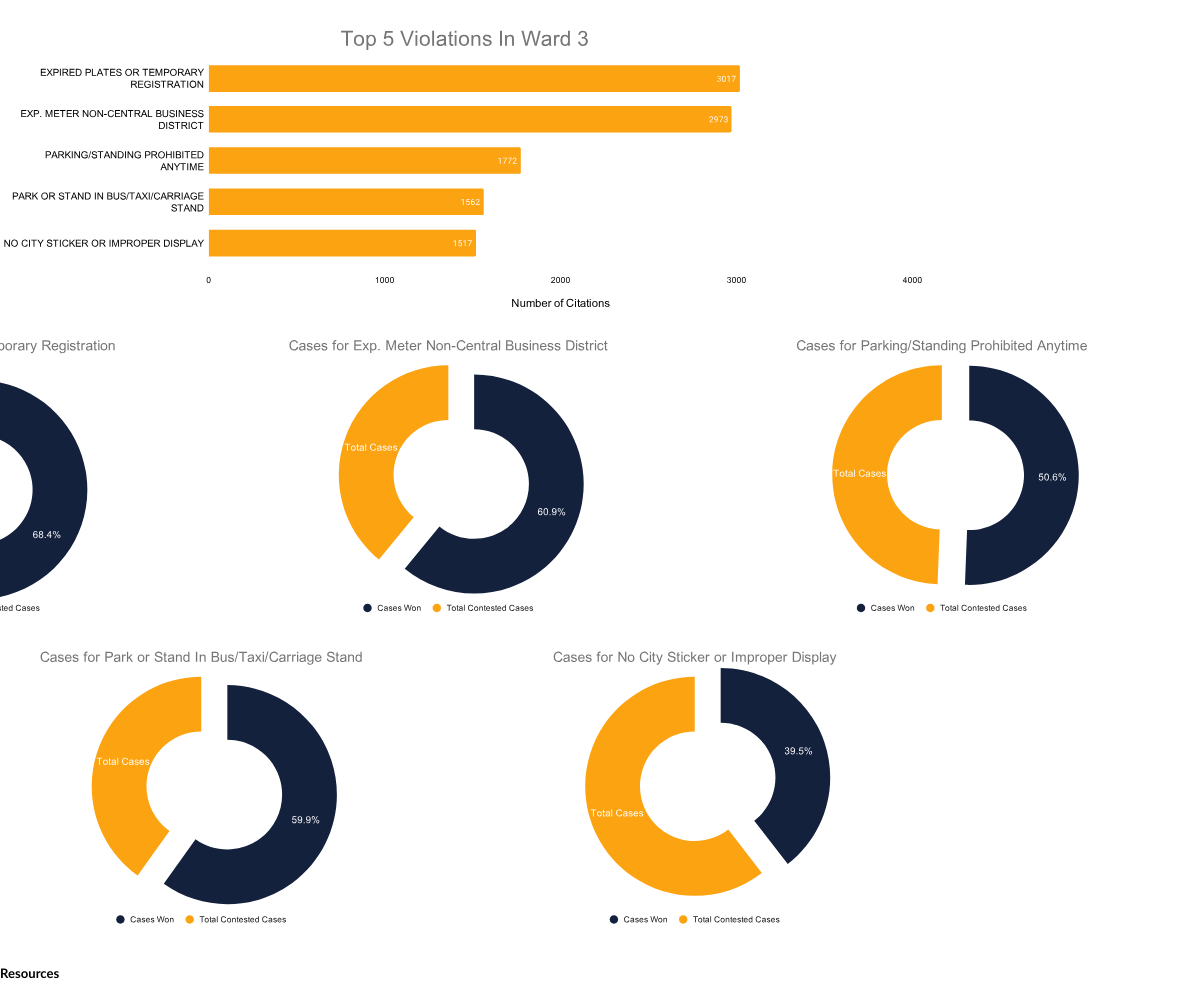
Repository: rdass1/COM421-FinalProject
Page: Website/index.html
An editor plug-in stored every save of this project. The page is shown before and after the next save, followed by the edit.
The browser window is 1280 px wide. The page is 1698 px wide, so the pictures cover 1698 px, including what lies to the right of the window. The pictures show the part of the page from y = 1505 to 2945 px (the page is 2926 px tall before and 2945 px after), at 70% of full size.

Above is the page before, as saved 2021-05-12 05:13:06.
Console error: TypeError: Cannot read properties of undefined (reading 'style')

### Website/index.html
<!DOCTYPE html>
<html>
    <head>
        <meta charset="UTF-8">
        <meta name="description" content="Take It To the Streets is a non-profit organization that helps people find information on how to fight their tickets. ">
        <meta name="author" content="Group 2">
        <meta name="viewport" content="width=device-width, initial-scale=1.0">
        <link rel="stylesheet" type="text/css" href="css/index.css">
        <script src="javascript/index.js"></script>
        <title>Take It To The Streets</title>
    </head>
    <body class = "container">
        <div class="header">
            <div id = "navbar">
                <nav>
                    <ul>
                        <li><a href="#about">About</a></li>
                        <li><a href="#statistics">Statistics</a></li>
                        <li><a href="#resources">Resources</a></li>
                        <li><a href="#contact">Contact</a></li>
                    </ul>

                </nav>
            </div>
        </div>
        <div id="home" class="home-image">
            <div id="title">
                <h1>Stand Your Ground</h1>
                <h2>Learn how you can fight back</h2>
            </div>

        </div>
        <div id="about">
            <h3>About</h3>
            <p>Have you ever received a ticket and we're unable pay the ticket? Did you know that you can contest all tickets you receive in court! This may seem like a very challenging task, but <em>Take It To The Streets</em> is here to help! We'll take you through the step by step process in order to fight for your ticket. We're on your side and will make sure you get the best possible outcome you can. Still not convinced? Check out the statistics in your area(ward 3). </p>
        </div>
        <div id="statistics" class="statistics-container">
            <div id="statistics-container-item-header"><h3>Statistics</h3></div>
            <div id="statistics-container-item-1">
                <img src="images/Cases Contested Vs Total Cases.svg">
            </div>
            <div id="statistics-container-item-2">
                <img src="images/Cases Won Vs Total Contested Cases.svg">
            </div>
            <div id="statistics-container-item-3">
                <img src="images/Top 5 Violations In Ward 3.svg">
            </div>

            <div id="statistics-container-item-4">
                <div class="statistics-container-item-4-flex">
                    <div class ="statistics-container-item-4-flex-container">
                        <img src="images/Cases for Expired Plates or Temporary Registration.svg">
                    </div>
                    <div class ="statistics-container-item-4-flex-container">
                        <img src="images/Cases for Exp. Meter Non-Central Business District.svg">
                    </div>
                    <div class ="statistics-container-item-4-flex-container">
                        <img src="images/Cases for Parking_Standing Prohibited Anytime.svg">
                    </div>

                </div>

            </div>
            <div id="statistics-container-item-5">
                <div class="statistics-container-item-4-flex">
                    <div class ="statistics-container-item-5-flex-container">
                        <img src="images/Cases for Park or Stand In Bus_Taxi_Carriage Stand.svg">
                    </div>
                    <div class ="statistics-container-item-5-flex-container">
                        <img src="images/Cases for No City Sticker or Improper Display.svg">
                    </div>

                </div>

            </div>
        </div>
        <div>
            <h3>Resources</h3>
        </div>
    </body>
</html>

### Website/css/index.css
html{
    scroll-behavior: smooth;
    font-family: 'Gill Sans', 'Gill Sans MT', Calibri, 'Trebuchet MS', sans-serif;
}

.container{
    margin:0px;
    display:grid;
    grid-template-columns: 1fr;
}

.header{
    background-color: #fca311;
    width: 100%;
    display: flex;
    justify-content: flex-start;
    margin: 0px;
    padding: 0px;
    z-index: 100;
}

#navbar nav{
    display: flex;


}

#navbar ul{
    height:inherit;
    margin: 0px;
    padding: 0px;
    overflow: hidden;
    list-style: none;
}

#navbar li{
    margin: 0px;
    font-size: 1.5rem;
    float:left;

}

#navbar a{
    display: block;
    color: white;
    text-decoration: none;
    padding: 20px 20px 20px 20px;
}

#navbar li:hover{
    background-color: #cf323f;
}


.home-image{
    display: grid;
    width:100%;
    height:60vh;
    background-image: url("/Website//images/pic5.png");
    background-repeat: no-repeat;
    background-size: cover;
    background-position: 0% 100%;

    grid-template-columns: auto;
    grid-template-rows: auto;
    grid-template-areas:
    ". . . . . . ."
    ". . header . . . ."
    ". . . . . . ."
    ". . . . . . ."


    ;

}


#title{
    grid-area: header;
}

#title h1{
    font-size: 8rem;
    color:white;
    margin: 0px;
    padding: 0px;
    text-shadow: 2px 2px 15px #2e2e2e;
}

.home-image h2{
    margin: 0px;
    padding: 0px;
    font-size: 3rem;
    color:white;
    text-shadow: 2px 2px 15px #2e2e2e;
}





.home-image img{
    width: 100%;
    height: 60%;
    object-fit: cover;
    object-position: 0px 100%;
    z-index: 10;
}



#about h3{
    text-align: center;
    font-size: 3rem;
    margin-bottom:15px;
}

#about p{
    text-align: center;
    margin-top:0px;
    margin-left:60px;
    margin-right:60px;
    font-size: 2rem;
}

.statistics-container{
    margin:10px;
    display: grid;
    grid-template-rows: 0fr 1/3fr 1/3fr 1/3fr 1/3fr;
    grid-template-columns: 1fr 1fr;
    justify-content: center;
    justify-items: center;


}

.statistics-container-item{
    background-color:#cf323f;


}

.statistics-container-item img{
    width: 100%;
    height: 100%;
}

#statistics-container-item-header{
    grid-column: 1 / span 2;
    grid-row: 1 / 1;
    font-size: 3rem;
    text-align: center;



}

#statistics-container-item-1{
    grid-column: 1 / span 1;
    grid-row: 2/ 2;
}
#statistics-container-item-2{
    grid-column: 2 / span 2;
    grid-row: 2/ 2;
}
#statistics-container-item-3{
    grid-column: 1 / span 2;
    grid-row: 3/ 3;
}

#statistics-container-item-4{
    grid-column: 1 / span 2;
    grid-row: 4/ 4;
}
#statistics-container-item-5{
    grid-column: 1 / span 2;
    grid-row: 5/ 5;
}

.statistics-container-item-4-flex{
    display: flex;
    justify-content: center;
    justify-items: center;

}
.statistics-container-item-4-flex-container img{

    height: auto;

}

.statistics-container-item-5-flex-container img{
    height: auto;

}

### Website/javascript/index.js
var slideIndex = 0;

showSlides();

function showSlides(){
    var i;
    var slides = document.getElementsByClassName("mySlides");
    var dots = document.getElementsByClassName("dot");
  for (i = 0; i < slides.length; i++) {
    slides[i].style.display = "none";
  }
  slideIndex++;
  if (slideIndex > slides.length) {slideIndex = 1}
  for (i = 0; i < dots.length; i++) {
    dots[i].className = dots[i].className.replace(" active", "");
  }
  slides[slideIndex-1].style.display = "block";
  dots[slideIndex-1].className += " active";
  setTimeout(showSlides, 2000);

  for(var i = 0; i<10; i++){
      console.log(i);
  }
}

After the next save:
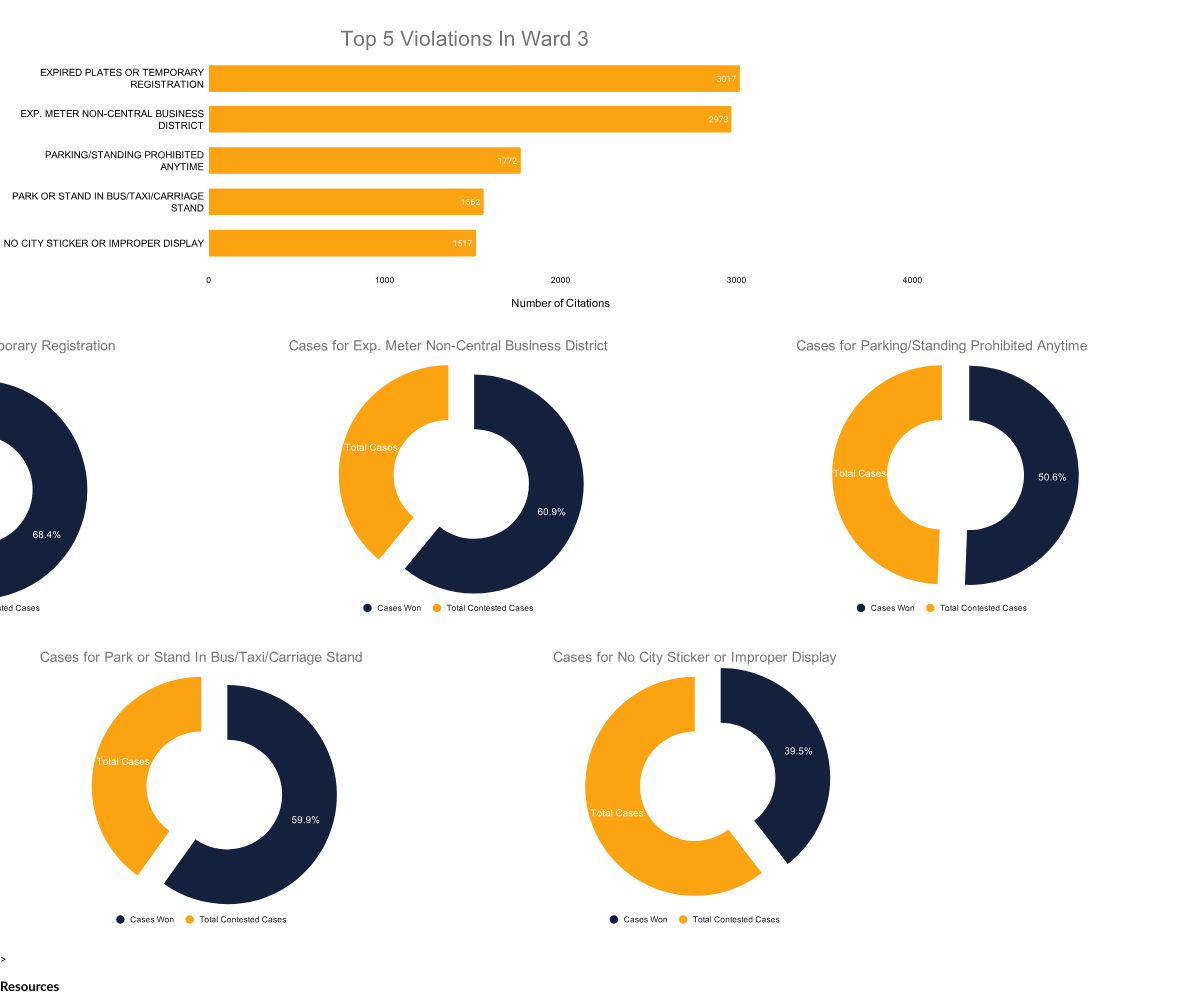
Saved 18 s later.
--- a/Website/index.html
+++ b/Website/index.html
@@ -74,7 +74,7 @@
 
             </div>
         </div>
-        <div>
+>
             <h3>Resources</h3>
         </div>
     </body>

After the save that followed:
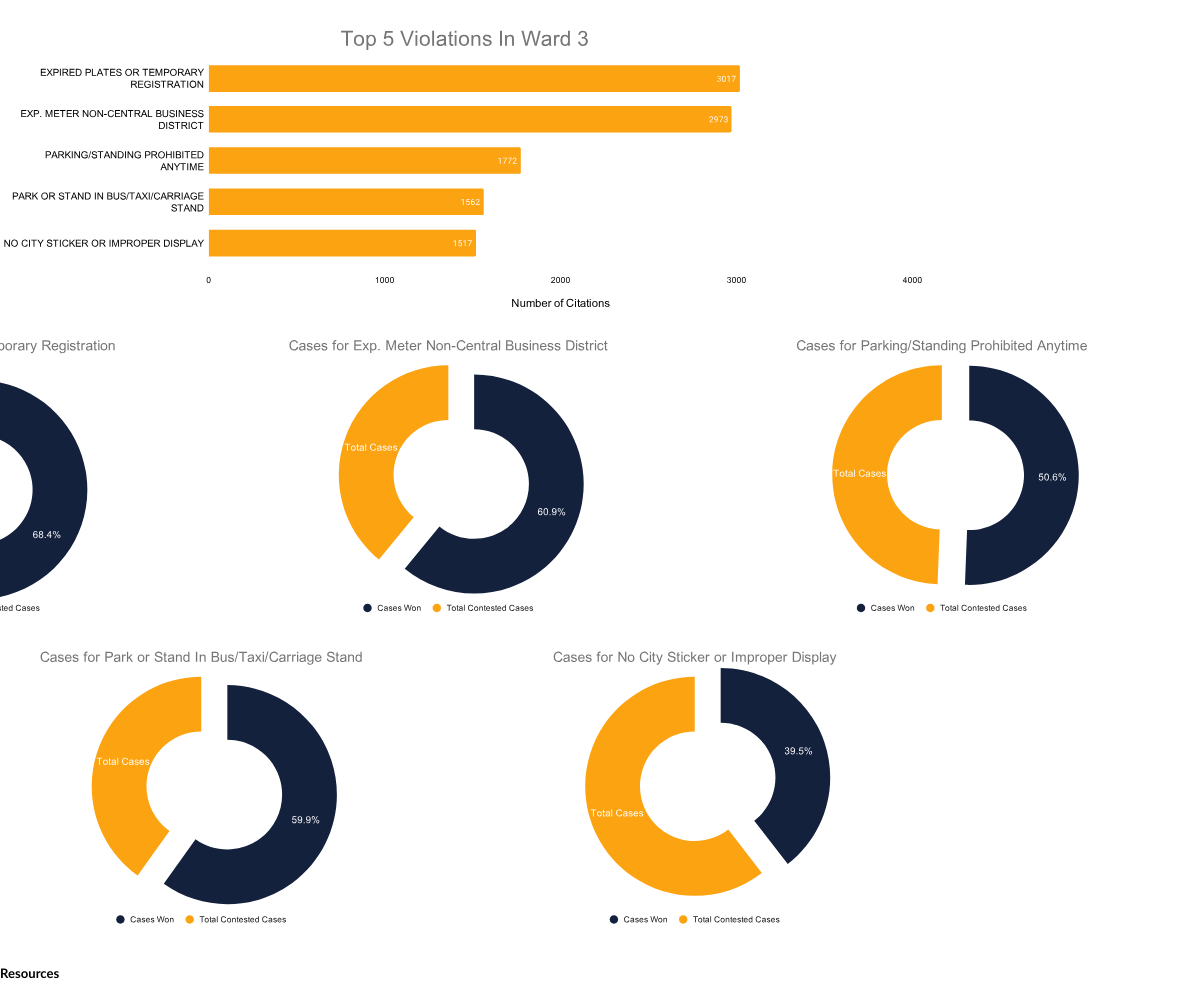
Saved 4 s later.
--- a/Website/index.html
+++ b/Website/index.html
@@ -74,7 +74,7 @@
 
             </div>
         </div>
->
+        <div class="resources">
             <h3>Resources</h3>
         </div>
     </body>
